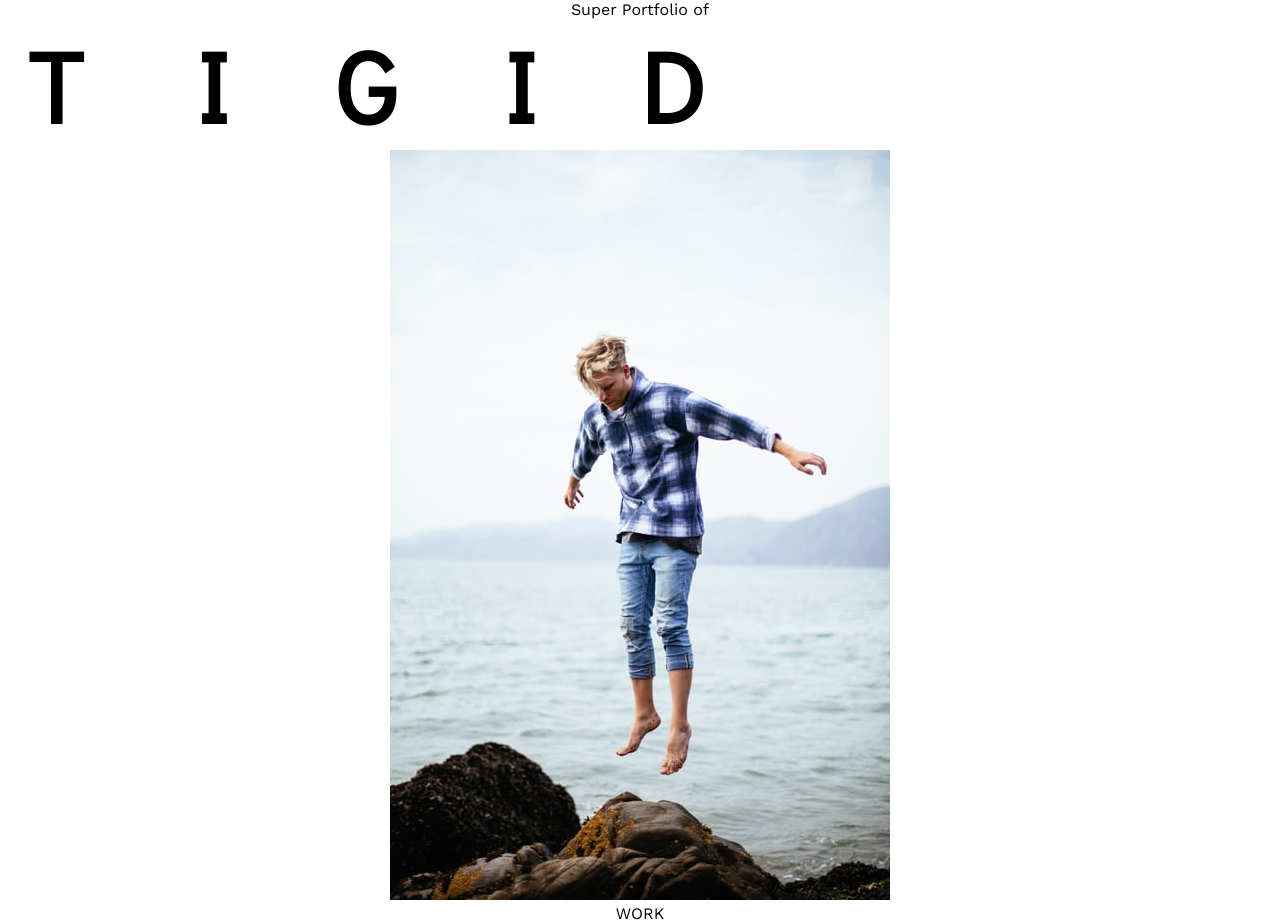
Repository: m0lt/DigitalDesigner
Page: index.html
An editor plug-in stored every save of this project. The page is shown before and after the next save, followed by the edit.
The browser window is 1280 px wide. The pictures show the whole page.

Above is the page before, as saved 2025-07-08 10:23:30.

After the next save:
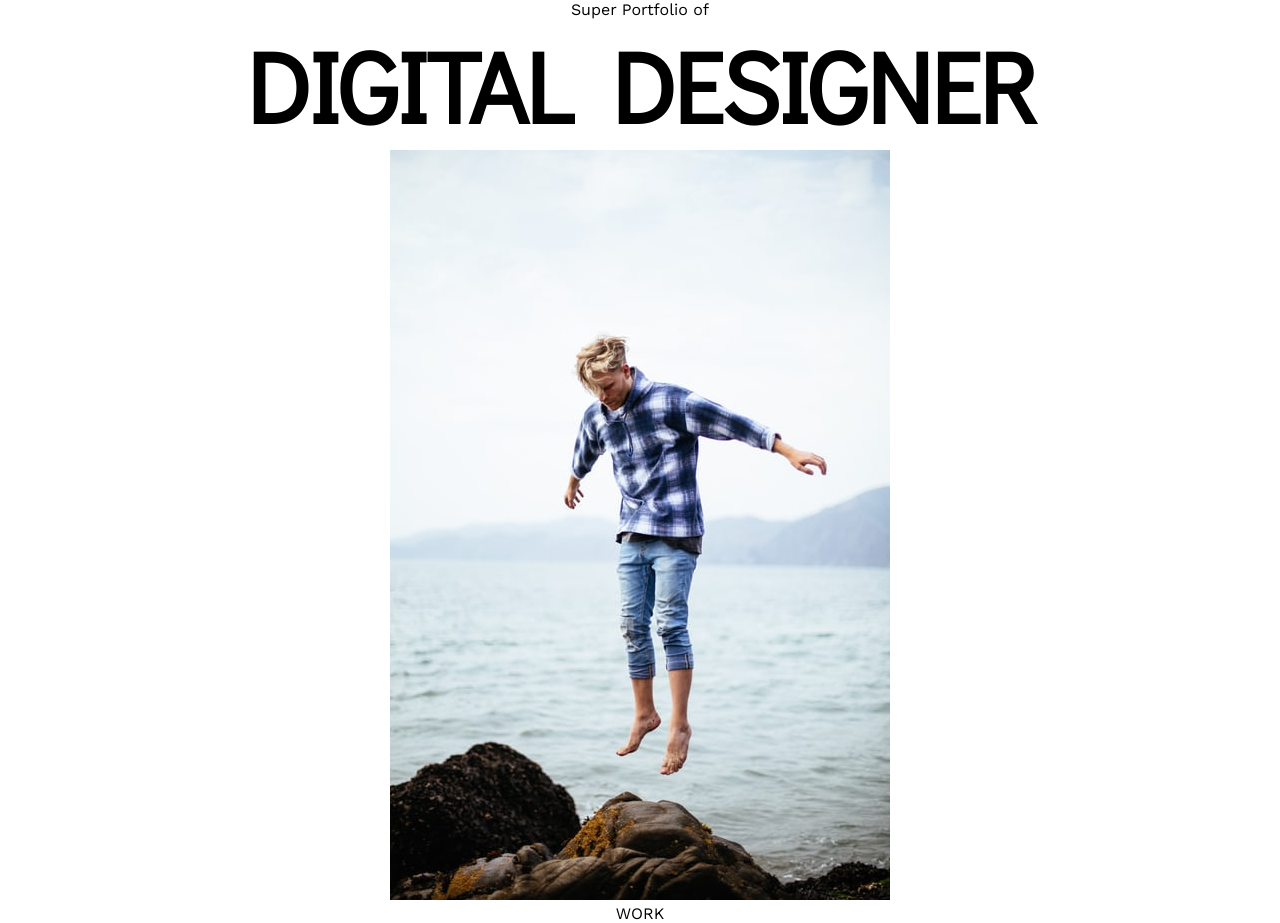
Saved 12 s later.
--- a/assets/css/styles.css
+++ b/assets/css/styles.css
@@ -38,7 +38,7 @@ h1 {
   font-family: "Didact Gothic";
   font-size: 100px;
   font-weight: 100px;
-  letter-spacing: -200px;
+  letter-spacing: -2px;
 }
 .hero {
   text-align: center;
